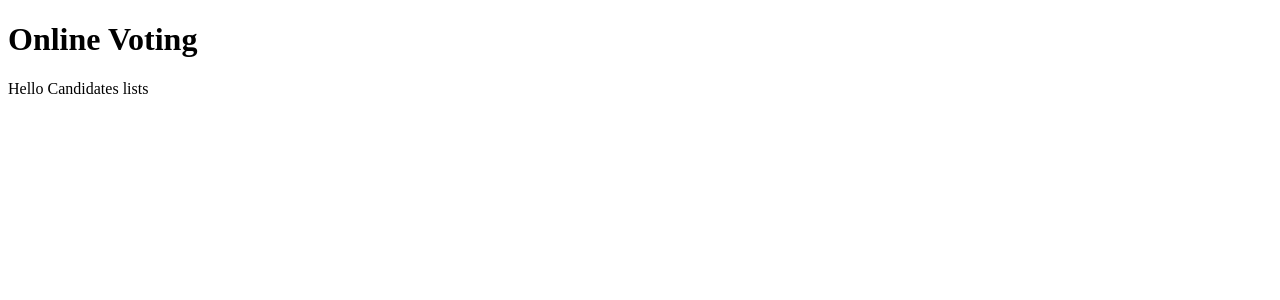
Repository: bhageshchincholi/AdvanceJava
Page: http://localhost/Election/candidateList.jsp
These files come from the project's save history. The page is drawn as it stood at one moment and after a run of saves; the edit follows.
The browser window is 1280 px wide. The pictures show the whole page.
The page is served by Tomcat 9. Other server files are loaded and not shown.

Above is the page before, as saved 2024-06-11 10:26:07.

### ElectionJSP/Election/src/main/webapp/candidateList.jsp
<%@ page language="java" contentType="text/html; charset=ISO-8859-1"
    pageEncoding="ISO-8859-1"%>
<!DOCTYPE html>
<html>
<head>
<meta charset="ISO-8859-1">
<title>Candidate List</title>
</head>
<body>
	<h1>Online Voting</h1>
	Hello Candidates lists
</body>
</html>

### ElectionJSP/Election/src/main/java/com/election/beans/CandidateListBin.java
package com.election.beans;

import java.util.ArrayList;
import java.util.List;

import com.election.DAO.CandidateDAO;
import com.election.DAO.CandidateDaoImpl;
import com.election.entity.Candidate;

public class CandidateListBin {

	private List<Candidate> candidateList;
	public CandidateListBin()
	{
		this.candidateList = new ArrayList<Candidate>();
	}


	public List<Candidate> getCandidateList() {
		return candidateList;
	}


	public void setCandidateList(List<Candidate> candidateList) {
		this.candidateList = candidateList;
	}

	public void fetchCandidate()
	{
		try(CandidateDAO candidate = new CandidateDaoImpl())
		{
			candidateList = candidate.findAll();
		}catch (Exception e) {
			e.printStackTrace();
		}
	}
}

### ElectionJSP/Election/src/main/java/com/election/DAO/CandidateDAO.java
package com.election.DAO;

import java.util.List;

import com.election.entity.Candidate;

public interface CandidateDAO extends AutoCloseable{

	int deleteById(int id) throws Exception;
	List<Candidate> findAll() throws Exception;
	int incrementVote(int candidateId) throws Exception;
	List<Candidate> findByParty(String givenParty) throws Exception;
	int save(Candidate c) throws Exception;
	int update(Candidate c) throws Exception;
	List<Candidate> getCandidatewiseVotes() throws Exception;
	Candidate findById(int id)throws Exception;

}

After the next 2 saves:
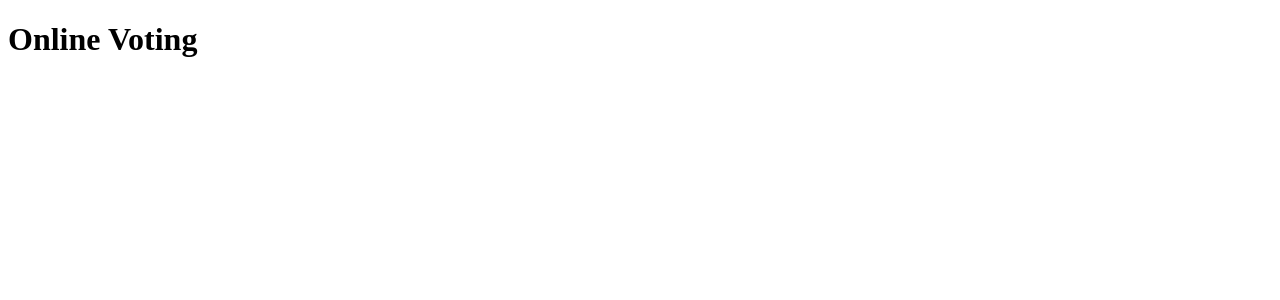
The 2 saves are shown as one change because 1 did not build or start.
The last was saved 83 s later.
--- a/ElectionJSP/Election/src/main/webapp/candidateList.jsp
+++ b/ElectionJSP/Election/src/main/webapp/candidateList.jsp
@@ -1,3 +1,4 @@
+<%@page import="com.election.beans.CandidateListBin"%>
 <%@ page language="java" contentType="text/html; charset=ISO-8859-1"
     pageEncoding="ISO-8859-1"%>
 <!DOCTYPE html>
@@ -7,7 +8,8 @@
 <title>Candidate List</title>
 </head>
 <body>
-	<h1>Online Voting</h1>
-	Hello Candidates lists
+		<h1>Online Voting</h1>
+		<jsp:useBean id="clb" class="com.election.beans.CandidateListBin" />
+
 </body>
 </html>
